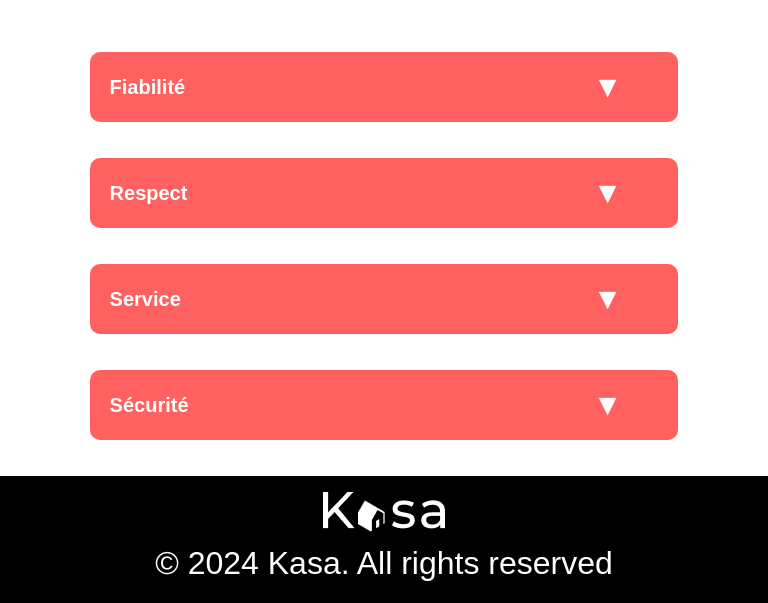
Repository: Dimple3377/kasa-project
Page: /about
An editor plug-in stored every save of this project. The page is shown before and after the next save, followed by the edit.
The browser window is 768 px wide. The pictures show the part of the page from y = 398 to 1001 px (the page is 1001 px tall).
The project was rebuilt for these pictures with package versions that can differ from the ones it lists, and the page was loaded fresh each time. Also part of the build but not shown: vite.config.js, src/Components/Card/Card.scss, src/Components/Card/Card.jsx, src/Pages/Home/Home.scss, src/Pages/Home/Home.jsx, src/Components/SlideShow/SlideShow.scss, src/Components/SlideShow/SlideShow.jsx, src/Pages/Logements/Logements.scss and 2 more.

Above is the page before, as saved 2024-04-08 00:23:04.

After the next save:
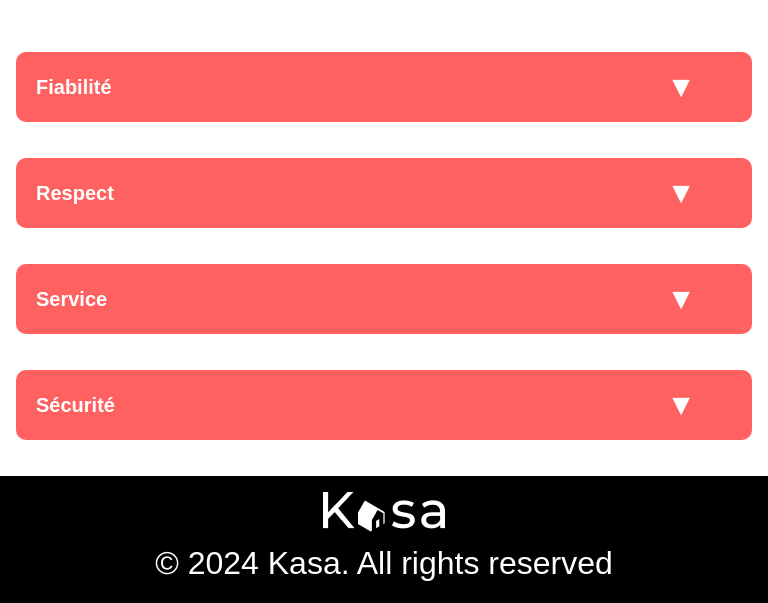
Saved 53 s later.
--- a/src/Pages/About/About.scss
+++ b/src/Pages/About/About.scss
@@ -17,6 +17,9 @@
     .collapse {
       width: 80%; // Prend toute la largeur du conteneur .collapses
       // Styles supplémentaires pour .collapse si nécessaire...
+      @media (max-width: 768px) {
+        width: 100%;
+      }
     }
   }
   .banner {
